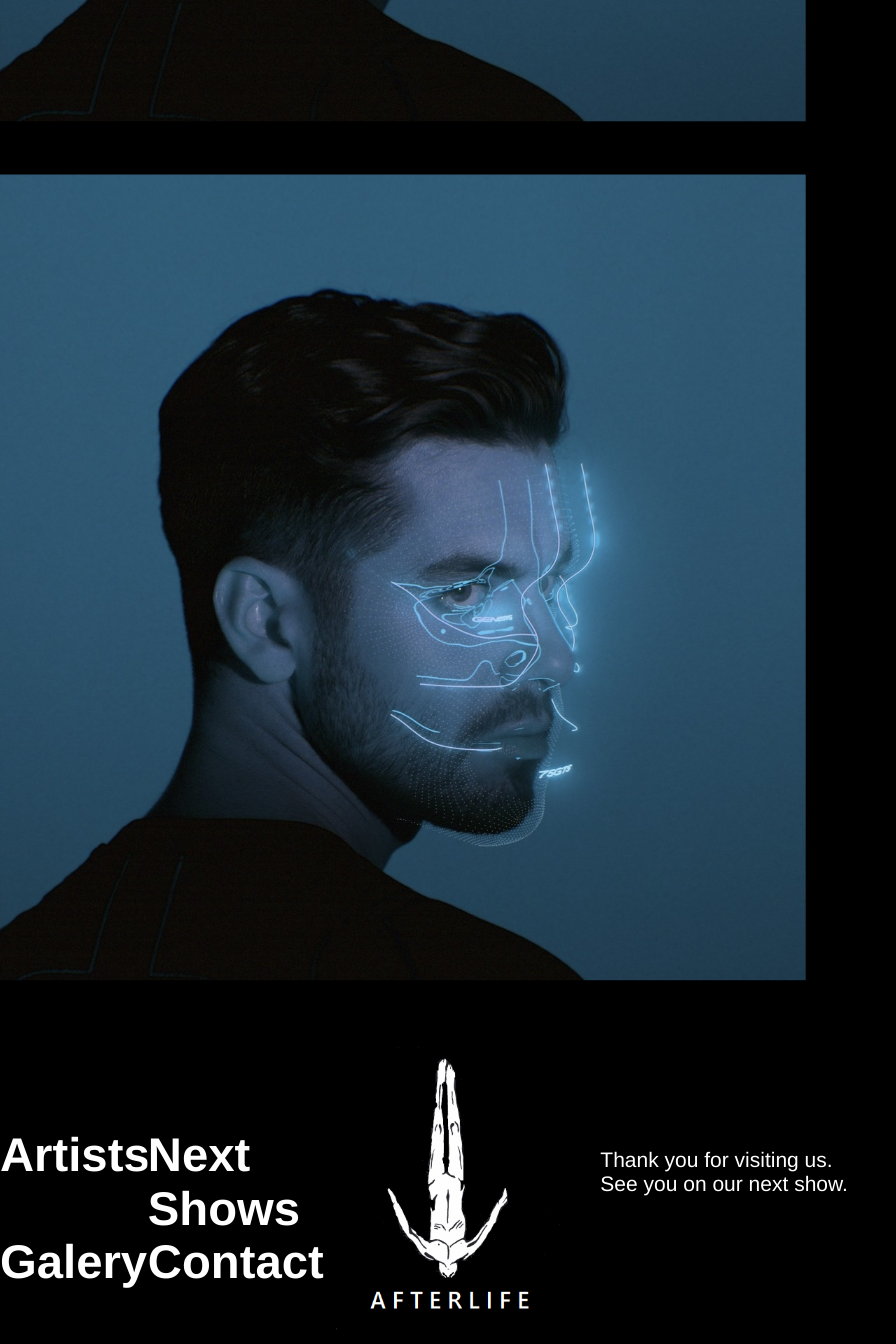
Repository: francoG98/Afterlife-Coderhouse-pre-entrega-2
Page: views/artists.html
The author's editor kept a copy of each file at every save. The page is drawn from the files as they stood at one save, then again after a run of saves.
The browser window is 1280 px wide. The pictures show the part of the page from y = 2015 to 3935 px (the page is 3941 px tall before and 3430 px after), at 70% of full size.

Above is the page before, as saved 2023-04-29 16:22:53.

After the next 2 saves:
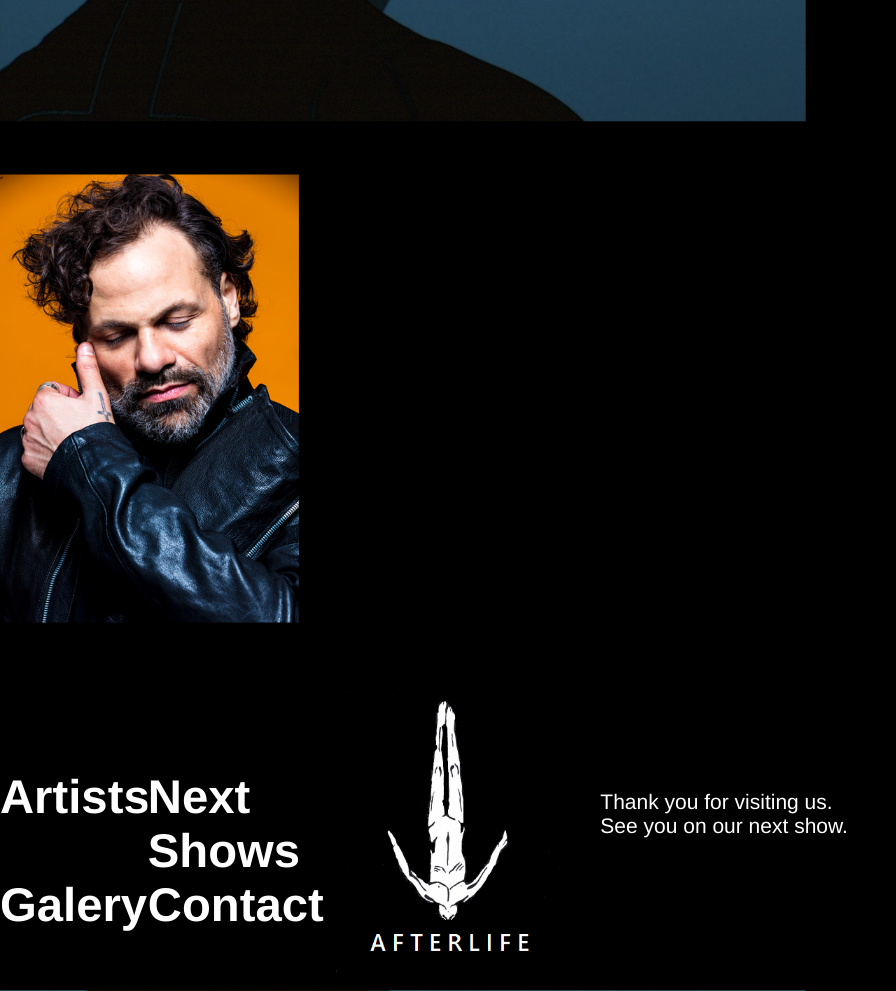
The 2 saves are shown as one change because they came seconds apart.
The last was saved 7 s later.
--- a/views/artists.html
+++ b/views/artists.html
@@ -43,7 +43,7 @@
             <div class="artist_info">AYNMA is Matteo Milleri's (Tale of Us) solos alias. He started using it around May 2021 as an individual project in order to produce music alone and then use it in Tale of Us's shows. In November 2022 he introduced his solo visual show named GENESYS wich includes most of his famous songs such as Etenity, Night After Night, Explore Your Future, amongst others.</div>
         </div>
         <div class="artist">
-            <img src="../source/artist_photos/anyma.jpg" href="anyma">
+            <img src="../source/artist_photos/mrak.jpeg" href="mrak">
             <div class="artist_name">ANYMA</div>
             <div class="artist_info">AYNMA is Matteo Milleri's (Tale of Us) solos alias. He started using it around May 2021 as an individual project in order to produce music alone and then use it in Tale of Us's shows. In November 2022 he introduced his solo visual show named GENESYS wich includes most of his famous songs such as Etenity, Night After Night, Explore Your Future, amongst others.</div>
         </div>
